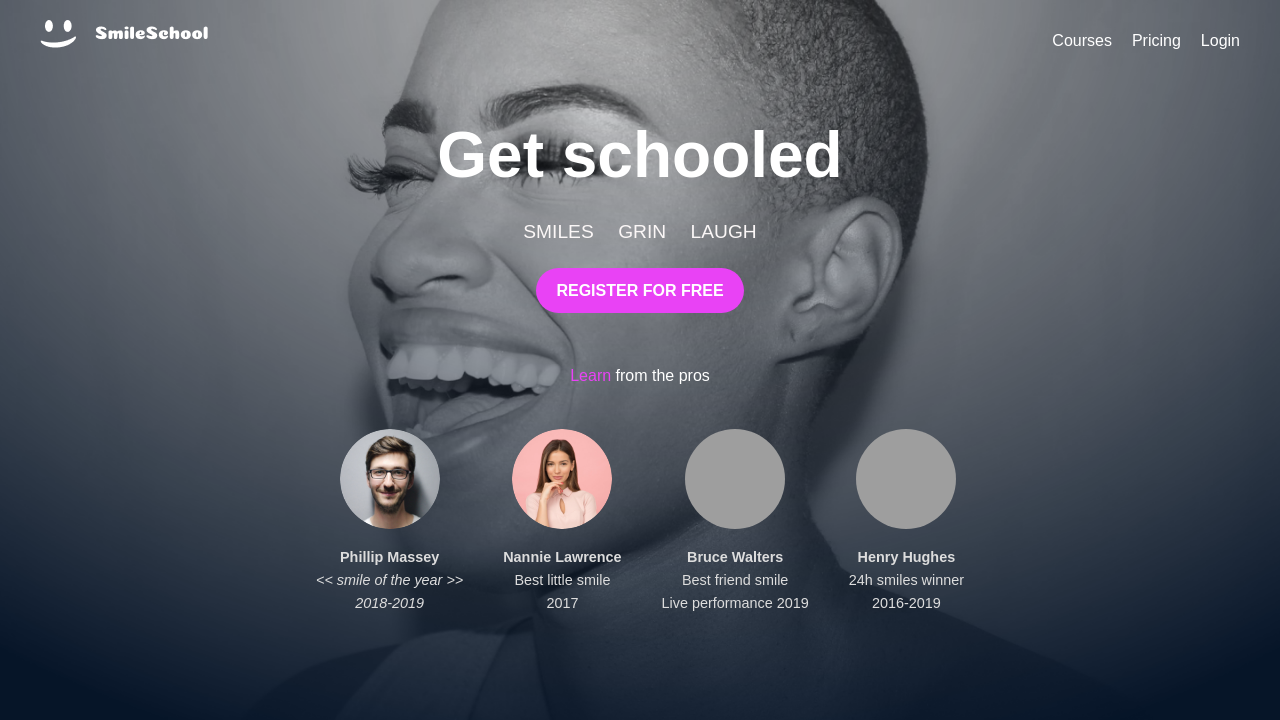
Repository: Patience225/alx_html_css
Page: css_advanced/index.html
The author's editor kept a copy of each file at every save. The page is drawn from the files as they stood at one save, then again after a run of saves.
The browser window is 1280 px wide. The pictures show the whole page.
Pictures or frames that could not be fetched are drawn as grey boxes.

Above is the page before, as saved 2025-01-03 21:45:50.

### css_advanced/index.html
<!DOCTYPE html>
<html lang="en">
<head>
    <meta charset="UTF-8">
    <meta name="viewport" content="width=device-width, initial-scale=1.0">
    <title>SmileSchool</title>
    <link rel="stylesheet" href="styles.css">
</head>
<body>
    <header class="header">
        <nav class="navbar">
            <div class="logo"> <img src="images/logo.png" alt="Logo" /></div>
            <ul class="nav-links">
                <li><a href="#">Courses</a></li>
                <li><a href="#">Pricing</a></li>
                <li><a href="#">Login</a></li>
            </ul>
        </nav>
    </header>

    <section class="banner">
        <div class="banner-content">
            <h1>Get schooled</h1>
            <div class="subtext">
                <span>SMILES</span>
                <span>GRIN</span>
                <span>LAUGH</span>
            </div>
            <a href="#" class="cta-button">REGISTER FOR FREE</a>
        </div>
        <div class="learn-pros">
            <p> <span>Learn</span> from the pros </p>
        </div>
        <div class="profiles">
            <div class="profile">
                <img src="images/Philip Massey.png" alt="Phillip Massey">
                <p><strong>Phillip Massey</strong><br> <em> << smile of the year >> </em> <br> <em>2018-2019</em> </p>
            </div>
            <div class="profile">
                <img src="images/Nannie Lawrence.png" alt="Nannie Lawrence">
                <p><strong>Nannie Lawrence</strong><br>Best little smile<br>2017</p>
            </div>
            <div class="profile">
                <img src="profile3.jpg" alt="Bruce Walters">
                <p><strong>Bruce Walters</strong><br>Best friend smile<br>Live performance 2019</p>
            </div>
            <div class="profile">
                <img src="profile4.jpg" alt="Henry Hughes">
                <p><strong>Henry Hughes</strong><br>24h smiles winner<br>2016-2019</p>
            </div>
        </div>
    </section>
</body>
</html>

### css_advanced/styles.css
/* Reset Styles */
* {
  margin: 0;
  padding: 0;
  box-sizing: border-box;
}

body {
  font-family: Arial, sans-serif;
  line-height: 1.6;
  background: #000; /* Fallback background */
  color: white;
}

/* Header */
.header {
  position: absolute;
  top: 0;
  left: 0;
  width: 100%;
  z-index: 10;
  padding: 20px 40px;
}

.navbar {
  display: flex;
  justify-content: space-between;
  align-items: center;
}

.logo {
  font-size: 1.5rem;
  font-weight: bold;
}

.nav-links {
  list-style: none;
  display: flex;
  gap: 20px;
}

.nav-links li a {
  text-decoration: none;
  color: white;
  font-weight: 500;
}

/* Banner Section */
.banner {
  background: url('images/Object.png') no-repeat center/cover;
  height: 100vh;
  display: flex;
  flex-direction: column;
  align-items: center;
  justify-content: center;
  text-align: center;
  position: relative;
  color: white;
}

.banner h1 {
  font-size: 4rem;
  font-weight: bold;
  margin-bottom: 10px;
}

.subtext span {
  margin: 0 10px;
  font-size: 1.2rem;
  color: #fbf7f7;
}

.cta-button {
  display: inline-block;
  background: #e942f5;
  color: white;
  padding: 10px 20px;
  text-decoration: none;
  border-radius: 25px;
  margin: 20px 0;
  font-weight: bold;
}

.learn-pros {
  margin-top: 30px;
}

.learn-pros span {
  color: #e942f5;
}

.profiles {
  display: flex;
  justify-content: center;
  gap: 40px;
  margin-top: 40px;
}

.profile {
  text-align: center;
}

.profile img {
  width: 100px;
  height: 100px;
  border-radius: 50%;
  margin-bottom: 10px;
}

.profile p {
  font-size: 0.9rem;
  color: #ddd;
}

After the next 3 saves:
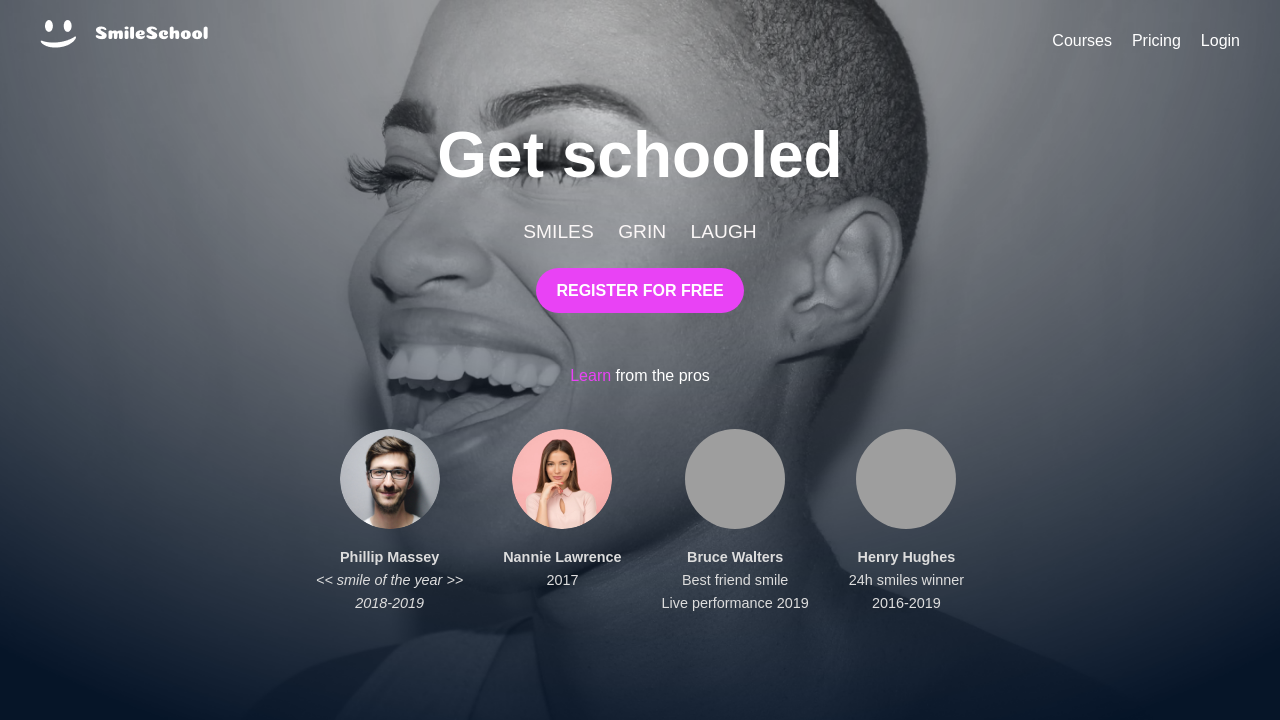
The 3 saves are shown as one change because they came seconds apart.
The last was saved 28 s later.
--- a/css_advanced/index.html
+++ b/css_advanced/index.html
@@ -38,7 +38,7 @@
             </div>
             <div class="profile">
                 <img src="images/Nannie Lawrence.png" alt="Nannie Lawrence">
-                <p><strong>Nannie Lawrence</strong><br>Best little smile<br>2017</p>
+                <p><strong>Nannie Lawrence</strong><br><em<br>2017</p>
             </div>
             <div class="profile">
                 <img src="profile3.jpg" alt="Bruce Walters">
